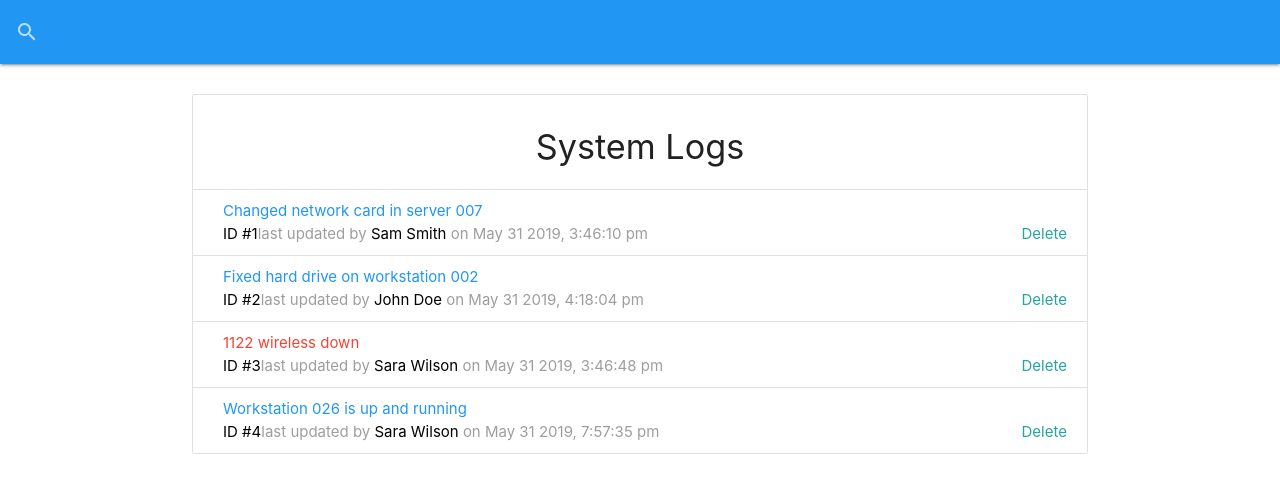
Repository: faraznisar/It-Logger
Page: /
An editor plug-in stored every save of this project. The page is shown before and after the next save, followed by the edit.
The browser window is 1280 px wide. The pictures show the whole page.
The project was rebuilt for these pictures with package versions that can differ from the ones it lists, and the page was loaded fresh each time. Requests to the local data server were answered from the project's data file. Also part of the build but not shown: src/App.css.

Above is the page before, as saved 2020-08-15 15:54:25.

After the next save:
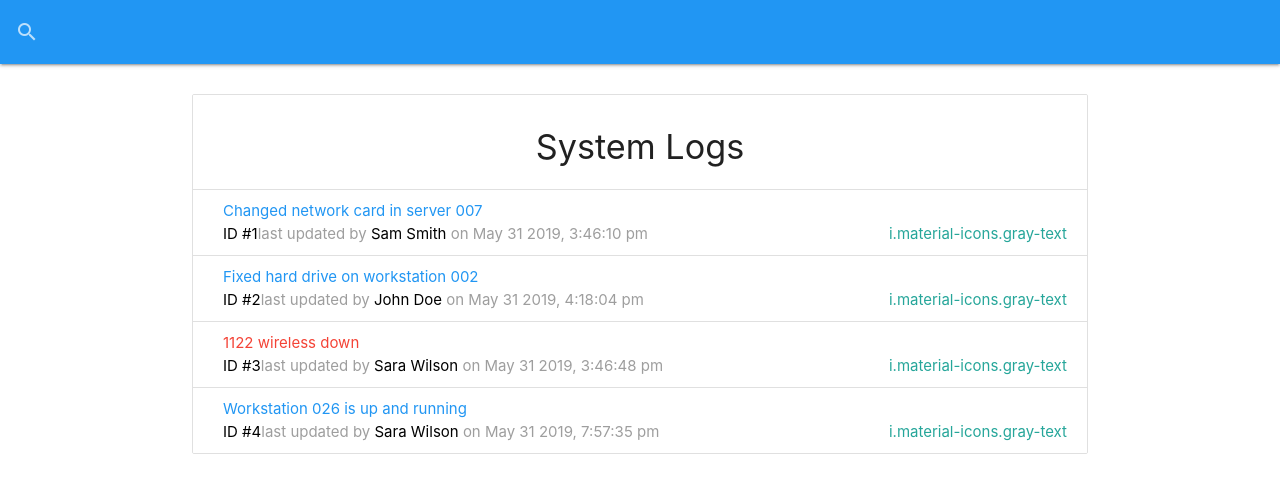
Saved 22 s later.
--- a/src/components/logs/LogItem.js
+++ b/src/components/logs/LogItem.js
@@ -21,7 +21,7 @@ const LogItem = ({ log }) => {
           <Moment format="MMMM DD YYYY, h:mm:ss a">{log.date}</Moment>
         </span>
         <a href="#!" className="secondary-content">
-          Delete
+          i.material-icons.gray-text
         </a>
       </div>
     </li>
